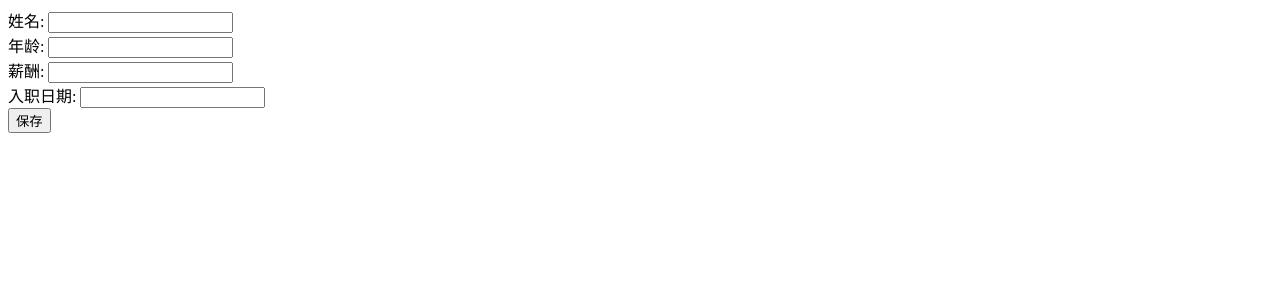
Repository: qyl1006/JavaApps
Page: http://localhost/web-045-tomcat-crud/student?cmd=edit
These files come from the project's save history. The page is drawn as it stood at one moment and after the next save; the edit follows.
The browser window is 1280 px wide. The pictures show the whole page.
The page is served by Tomcat 9. Other server files are loaded and not shown.

Above is the page before, as saved 2018-03-05 07:12:16.

### workspace/web-045-tomcat-crud/webapp/WEB-INF/views/student/edit.jsp
<%@ page language="java" contentType="text/html; charset=UTF-8"
    pageEncoding="UTF-8"%>
<!DOCTYPE html PUBLIC "-//W3C//DTD HTML 4.01 Transitional//EN" "http://www.w3.org/TR/html4/loose.dtd">
<html>
<head>
<meta http-equiv="Content-Type" content="text/html; charset=UTF-8">
<title>Insert title here</title>
</head>
<body>
<form action="/student?cmd=saveOrUpdate" method="post">

	姓名: <input type="text" name="name" value=""/><br>
	年龄: <input type="number" name="age" value=""/><br>
	薪酬: <input type="number" name="salary" value=""/><br>
	入职日期: <input type="text" name="hiredate" value=""/><br>
		<input type="submit" value="保存"/>

</form>
</body>
</html>

### workspace/web-045-tomcat-crud/src/cn/wolfcode/web/servlet/StudentServlet.java
package cn.wolfcode.web.servlet;

import java.io.IOException;
import java.math.BigDecimal;
import java.sql.Date;
import java.util.List;

import javax.servlet.ServletException;
import javax.servlet.annotation.WebServlet;
import javax.servlet.http.HttpServlet;
import javax.servlet.http.HttpServletRequest;
import javax.servlet.http.HttpServletResponse;

import cn.wolfcode.smis.dao.IStudentDAO;
import cn.wolfcode.smis.dao.impl.StudentDAOImpl;
import cn.wolfcode.smis.domain.Student;

@WebServlet("/student")
public class StudentServlet extends HttpServlet {
	private static final long serialVersionUID = 1L;

	private IStudentDAO dao;

	public void init() throws ServletException {
		dao = new StudentDAOImpl();
	}

	protected void service(HttpServletRequest req, HttpServletResponse resp)
			throws ServletException, IOException {

		req.setCharacterEncoding("utf-8");

		String cmd = req.getParameter("cmd");
		if("delete".equals(cmd)){
			delete(req, resp);
		}else if("edit".equals(cmd)){
			edit(req, resp);
		}else if("saveOrUpdate".equals(cmd)){
			saveOrUpdate(req, resp);

		}
		else{
			list(req, resp);
		}
	}

	protected void list(HttpServletRequest req, HttpServletResponse resp)
			throws ServletException, IOException {

			List<Student> list = dao.list();
			req.setAttribute("students", list);
			req.getRequestDispatcher("/WEB-INF/views/student/list.jsp").forward(req, resp);
	}

	protected void delete(HttpServletRequest req, HttpServletResponse resp)
			throws ServletException, IOException {

		dao.delete(Long.valueOf(req.getParameter("id")));

		resp.sendRedirect("/student");
	}
	protected void edit(HttpServletRequest req, HttpServletResponse resp)
			throws ServletException, IOException {

		String id = req.getParameter("id");
		if(id != null && id.length() > 0){
			Student stu = dao.get(Long.valueOf(id));
			req.setAttribute("stu", stu);
		}

		req.getRequestDispatcher("/WEB-INF/views/student/edit.jsp").forward(req, resp);
	}
	protected void saveOrUpdate(HttpServletRequest req, HttpServletResponse resp)
			throws ServletException, IOException {

		String id = req.getParameter("id");
		String name = req.getParameter("name");
		String age = req.getParameter("age");
		String salary = req.getParameter("salary");
		String hiredate = req.getParameter("hiredate");

		Student stu = new Student();
		stu.setName(name);
		stu.setAge(Integer.valueOf(age));
		stu.setSalary(new BigDecimal(salary));
		stu.setHiredate(Date.valueOf(hiredate));

		dao.save(stu);
		resp.sendRedirect("/student");
	}

}

### workspace/web-045-tomcat-crud/src/cn/wolfcode/smis/dao/impl/StudentDAOImpl.java
package cn.wolfcode.smis.dao.impl;

import java.util.List;

import cn.wolfcode.smis.dao.IStudentDAO;
import cn.wolfcode.smis.domain.Student;
import cn.wolfcode.smis.handler.impl.BeanListHandler;
import cn.wolfcode.smis.util.JdbcTemplate;

public class StudentDAOImpl implements IStudentDAO {

	//增
	public void save(Student stu) {
		String sql = "insert t_student (name, age, salary, hiredate) values (?, ?, ?, ?)";
		JdbcTemplate.update(sql, stu.getName(), stu.getAge(), stu.getSalary(), stu.getHiredate());
	}

	//改
	public void update(Student stu) {
		String sql = "update t_student set name = ?, age = ?, salary = ?, hiredate = ? where id = ?";
		JdbcTemplate.update(sql, stu.getName(), stu.getAge(), stu.getSalary(), stu.getHiredate(), stu.getId());
	}

	//删
	public void delete(Long id) {
		String sql = "delete from t_student where id = ?";
		JdbcTemplate.update(sql, id);
	}

	//查
	public Student get(Long id) {
		String sql = "select * from t_student where id = ?";
		List<Student> list = JdbcTemplate.query(sql, new BeanListHandler<>(Student.class), id);
		return list.size() == 1 ? list.get(0) : null;
	}

	//查
	public List<Student> list() {
		String sql = "select * from t_student";
		return JdbcTemplate.query(sql, new BeanListHandler<>(Student.class));
	}

}

### workspace/web-045-tomcat-crud/src/cn/wolfcode/smis/handler/IResultSetHandler.java
package cn.wolfcode.smis.handler;

import java.sql.ResultSet;

/**
 * 处理结果集的规范
 * @author Qyuelin
 *
 * @param <T> 处理好的结果类型
 */
public interface IResultSetHandler<T> {
	/**
	 * 处理结果集的方法
	 * @param rs 被处理的结果集
	 * @return 返回处理好的结果
	 * @throws Exception
	 */
	T handler(ResultSet rs) throws Exception;
}

After the next save:
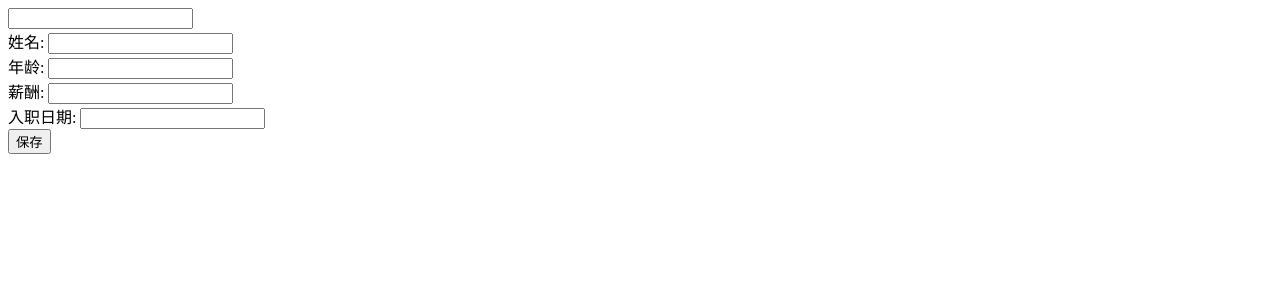
Saved 9 s later.
--- a/workspace/web-045-tomcat-crud/webapp/WEB-INF/views/student/edit.jsp
+++ b/workspace/web-045-tomcat-crud/webapp/WEB-INF/views/student/edit.jsp
@@ -8,7 +8,7 @@
 </head>
 <body>
 <form action="/student?cmd=saveOrUpdate" method="post">
-
+		<input><br>
 	姓名: <input type="text" name="name" value=""/><br>
 	年龄: <input type="number" name="age" value=""/><br>
 	薪酬: <input type="number" name="salary" value=""/><br>
